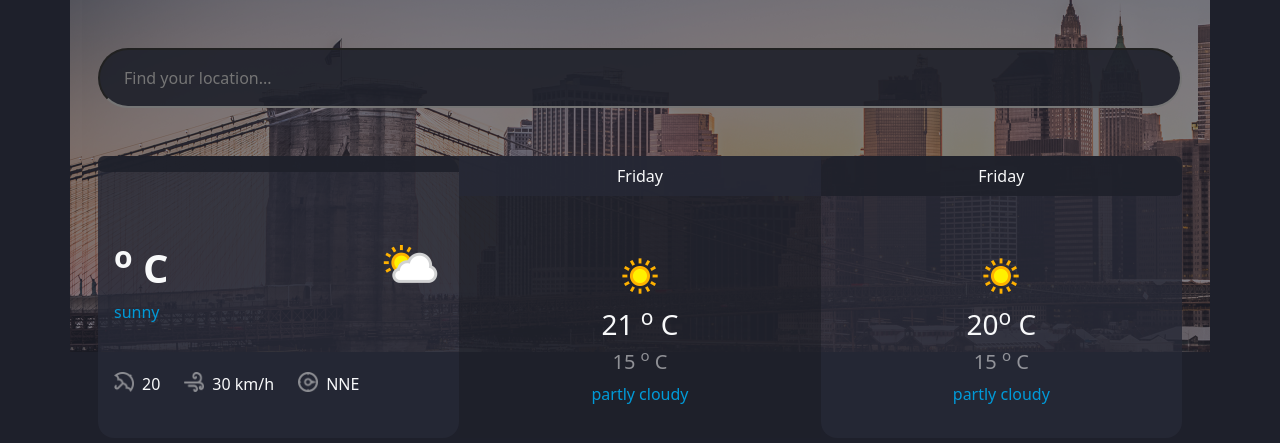
Repository: AmiraNabil97/WeatherApp
Page: index.html
An editor plug-in stored every save of this project. The page is shown before and after the next save, followed by the edit.
The browser window is 1280 px wide. The pictures show the whole page.
The page's requests for data from a server got no answer.

Above is the page before, as saved 2023-08-28 22:22:19.

After the next save:
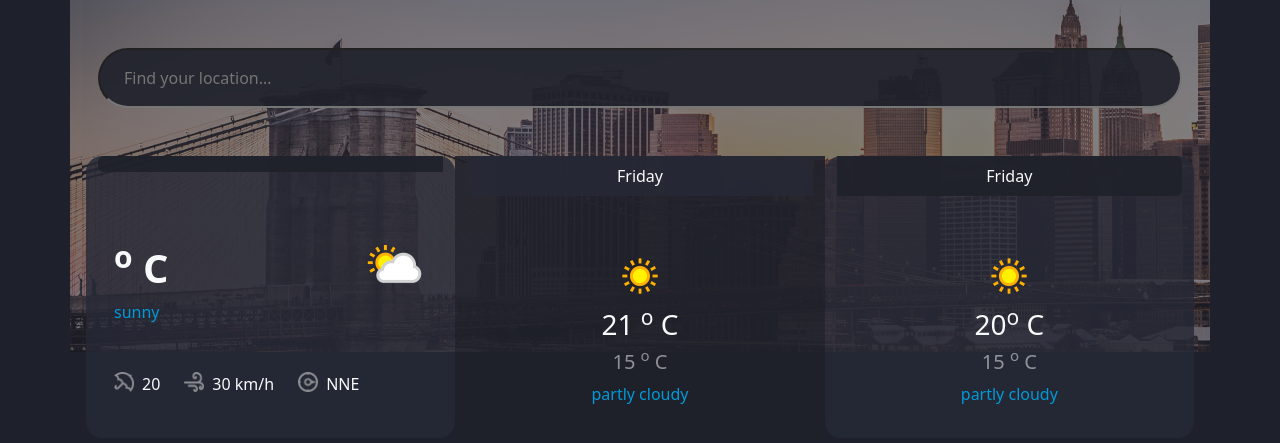
Saved 10 s later.
--- a/index.html
+++ b/index.html
@@ -16,7 +16,7 @@
                 <input type="text" class="w-100 mx-auto rounded-5 py-3 px-4 bg-main-color mb-5 text-white"
                     placeholder="Find your location..."
                      id="search" />
-                <div class="row g-0">
+                <div class="row ">
 
                     <div class="item col-md-4 bg-sec-color m-0 rounded-4 ">
                         <div class="d-flex justify-content-between py-2 px-3 bg-main-color text-light rounded-start"id="today-date">
